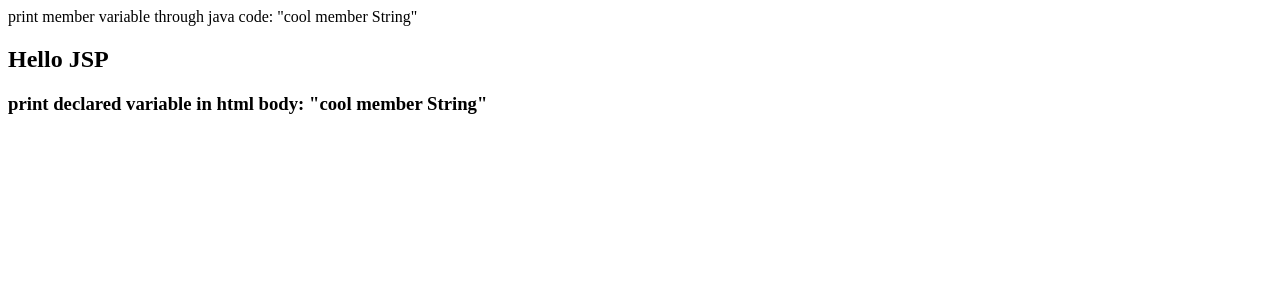
Repository: tomaters/servlets-JSP
Page: http://localhost/jsptest/sample/hellojsp.jsp
The author's editor kept a copy of each file at every save. The page is drawn from the files as they stood at one save, then again after the next save.
The browser window is 1280 px wide. The pictures show the whole page.
The page is served by Tomcat 10. Other server files are loaded and not shown.

Above is the page before, as saved 2023-11-30 06:48:28.

### jsptest/src/main/webapp/sample/hellojsp.jsp
<%@ page language="java" contentType="text/html; charset=UTF-8"
    pageEncoding="UTF-8"%>
<!--  declare member variables and methods -->
<%!
	public String declaration = "cool member String";
	public String getDeclaration(){
		return this.declaration;
	}
%>
<!--  java code and declare local variables -->
<!DOCTYPE html>
<html>
<head>
<meta charset="UTF-8">
<title>hello jsp</title>
</head>
<%
	String scriptlet = "scriptlets are constructed in the service method";
	out.println("print member variable through java code: \"" + this.declaration + "\"");
%>
<body>
	<h2>Hello JSP</h2>
	<h3>
		<!--  expression; print -->
		print declared variable in html body:
		"<%=
			this.getDeclaration()
		%>"
</h3>
</body>
</html>

After the next save:
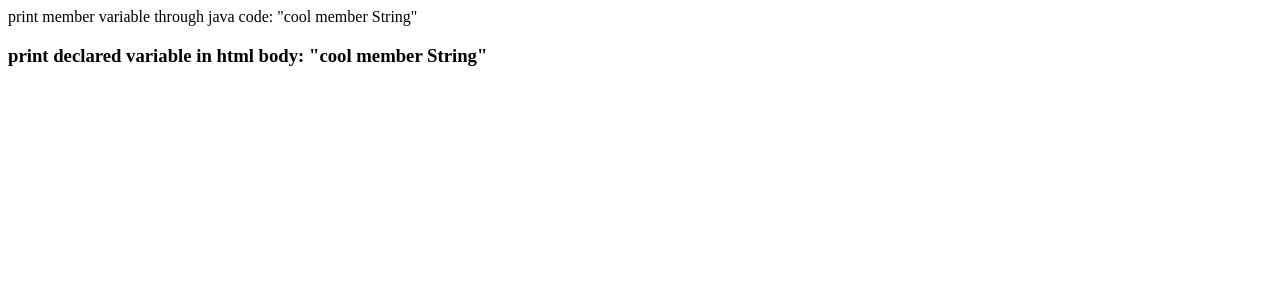
Saved 29 s later.
--- a/jsptest/src/main/webapp/sample/hellojsp.jsp
+++ b/jsptest/src/main/webapp/sample/hellojsp.jsp
@@ -19,7 +19,6 @@
 	out.println("print member variable through java code: \"" + this.declaration + "\"");
 %>
 <body>
-	<h2>Hello JSP</h2>
 	<h3>
 		<!--  expression; print -->
 		print declared variable in html body:
